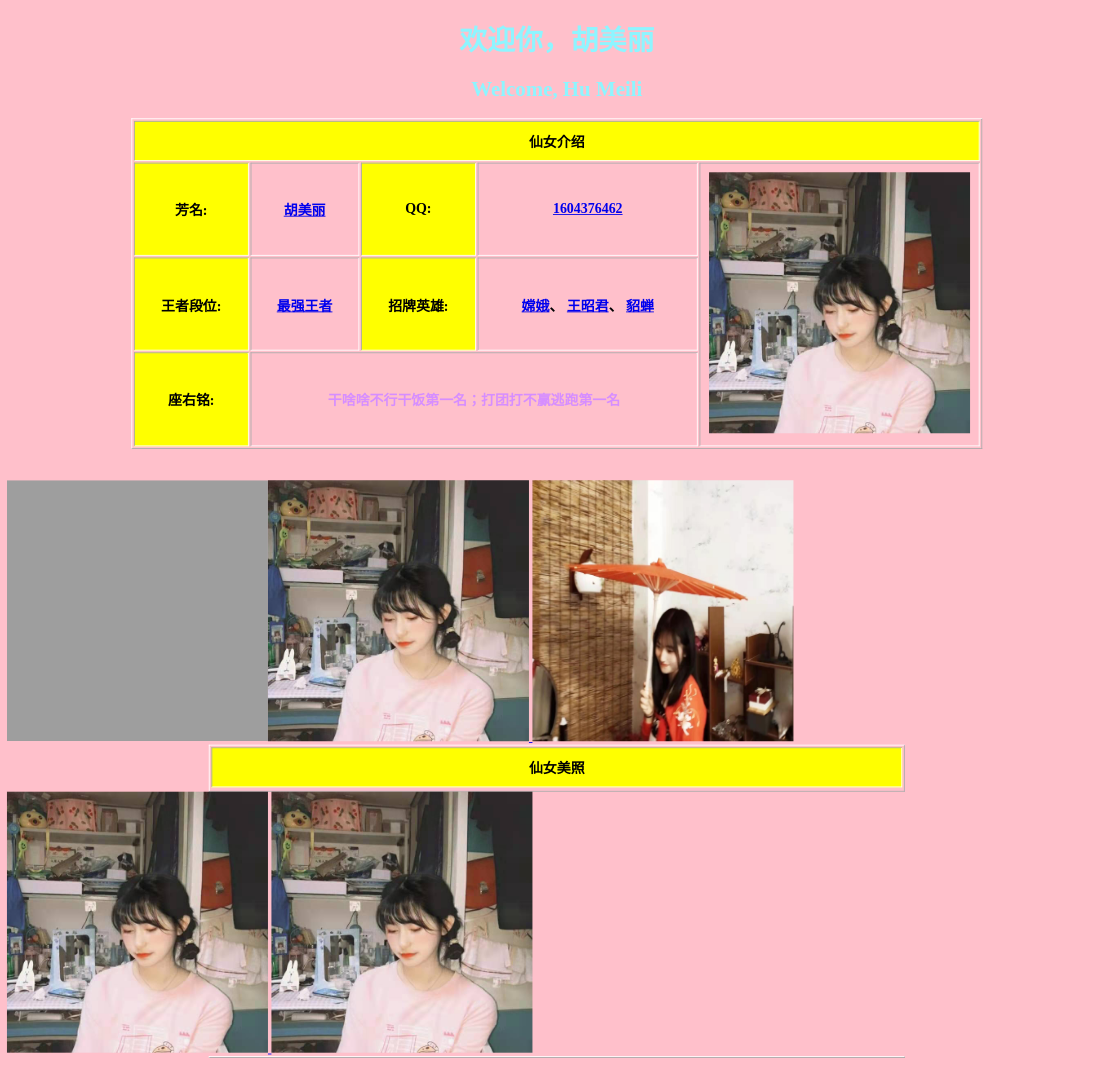
Repository: NanmeiYC/NanmeiYC.github.io
Page: ceshi2.html
These files come from the project's save history. The page is drawn as it stood at one moment and after the next save; the edit follows.
The browser window is 1280 px wide. The pictures show the whole page, at 87% of full size.
Pictures or frames that could not be fetched are drawn as grey boxes.

Above is the page before, as saved 2021-05-29 03:09:26.

After the next save:
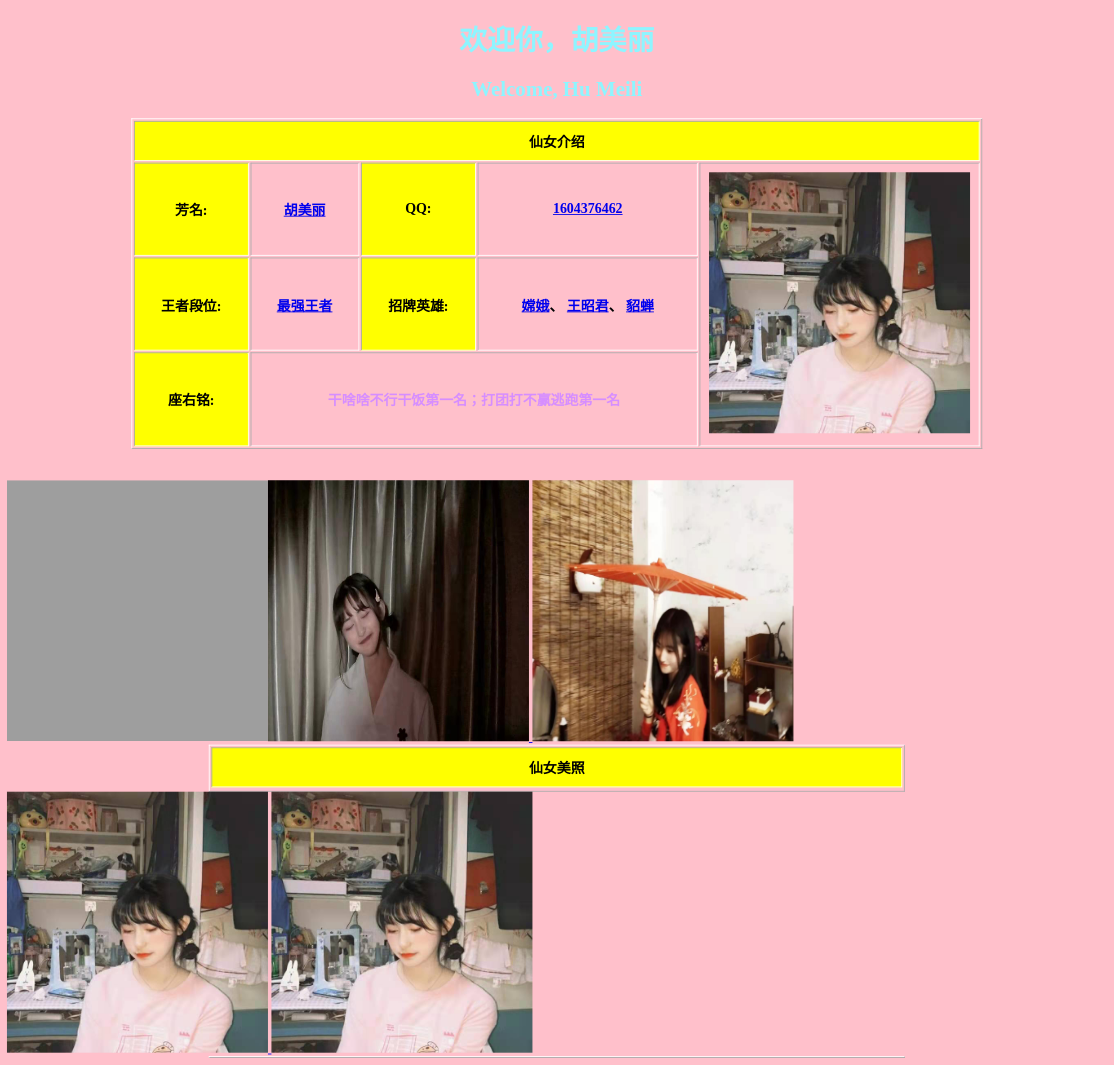
Saved 14 s later.
--- a/ceshi2.html
+++ b/ceshi2.html
@@ -43,7 +43,7 @@
         </tr>
         <tr align="center">
             <th1 rowspan="3" width="100" <p><a href="humeili.html"><img border="0" src="images\胡" width="300px" height="300px"></th1>
-            <th2 rowspan="3" width="100" <p><a href="humeili.html"><img border="0" src="images\胡美丽主.jpg" width="300px" height="300px"></th2>
+            <th2 rowspan="3" width="100" <p><a href="humeili.html"><img border="0" src="images\胡美丽2.jpg" width="300px" height="300px"></th2>
             <th3 rowspan="3" width="100" <p><a href="humeili.html"><img border="0" src="images\胡美丽1.jpg" width="300px" height="300px"></th3>
         </tr>
         <table border="1" align="center" cellpadding="10" width="800" style="border-color:rgb(255, 255, 255);">
